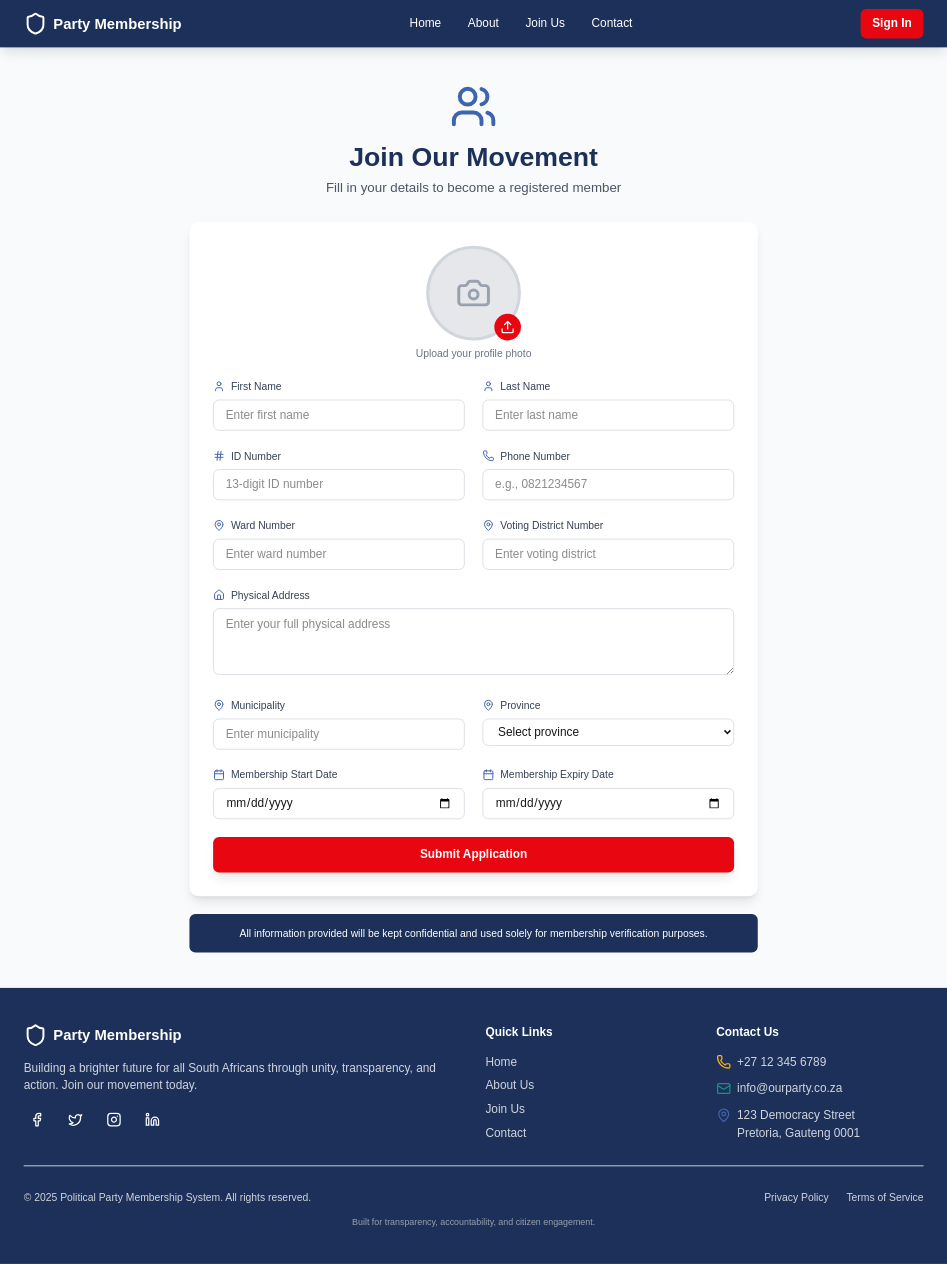
Repository: lettimaks-cyber/members
Page: /join
These files come from the project's save history. The page is drawn as it stood at one moment and after the next save; the edit follows.
The browser window is 1280 px wide. The pictures show the whole page, at 74% of full size.
The page's requests for data from a server got no answer. The project was rebuilt for these pictures with package versions that can differ from the ones it lists, and the page was loaded fresh each time. Some packages were replaced by stand-ins written for this rebuild. The framework's server and built-in components were replaced by stand-ins that run in the browser. No one was signed in, and anything a server would have sent is missing. Also part of the build but not shown: next.config.ts.

Above is the page before, as saved 2025-11-15 23:16:08.

### src/app/layout.tsx
import React from 'react';
import { ClerkProvider } from '@clerk/nextjs';
import Navbar from '@/components/Navbar';
import Footer from '@/components/Footer';
import './styles/globals.css';

export const metadata = {
  title: 'Political Party Membership System',
  description: 'Join our movement and make a difference',
};

export default function RootLayout({
  children,
}: {
  children: React.ReactNode;
}) {
  return (
    <ClerkProvider>
      <html lang="en">
        <body className="min-h-screen flex flex-col">
          <Navbar />
          <main className="flex-grow">
            {children}
          </main>
          <Footer />
        </body>
      </html>
    </ClerkProvider>
  );
}

### src/app/join/page.tsx
'use client';

import React, { useState } from 'react';
import { useRouter } from 'next/navigation';
import { Users, Upload, Camera, User, Hash, Phone, MapPin, Home, Calendar } from 'lucide-react';

export default function JoinPage() {
  const router = useRouter();

  const [formData, setFormData] = useState({
    firstName: '',
    lastName: '',
    idNumber: '',
    phoneNumber: '',
    wardNumber: '',
    votingDistrict: '',
    physicalAddress: '',
    municipality: '',
    province: '',
    membershipStart: '',
    membershipExpiry: '',
    profileImage: null as File | null
  });

  const [imagePreview, setImagePreview] = useState<string | null>(null);
  const [isSubmitting, setIsSubmitting] = useState(false);

  const provinces = [
    'Eastern Cape', 'Free State', 'Gauteng', 'KwaZulu-Natal',
    'Limpopo', 'Mpumalanga', 'Northern Cape', 'North West', 'Western Cape'
  ];

  const handleChange = (
    e: React.ChangeEvent<HTMLInputElement | HTMLTextAreaElement | HTMLSelectElement>
  ) => {
    const { name, value } = e.target;
    setFormData(prev => ({ ...prev, [name]: value }));
  };

  const handleImageUpload = (e: React.ChangeEvent<HTMLInputElement>) => {
    const file = e.target.files?.[0];
    if (file) {
      setFormData(prev => ({ ...prev, profileImage: file }));
      const reader = new FileReader();
      reader.onloadend = () => setImagePreview(reader.result as string);
      reader.readAsDataURL(file);
    }
  };

  const handleSubmit = async (e: React.FormEvent) => {
    e.preventDefault();
    setIsSubmitting(true);

    // Simulate API call
    setTimeout(() => {
      router.push('/join/success');
    }, 1500);
  };

  return (
    <div className="min-h-screen bg-gray-50 py-12 px-4 sm:px-6 lg:px-8">
      <div className="max-w-3xl mx-auto">

        {/* Header */}
        <div className="text-center mb-8">
          <Users className="w-16 h-16 mx-auto mb-4" style={{ color: '#3f64af' }} />
          <h1 className="text-4xl font-bold mb-2" style={{ color: '#1c3059' }}>
            Join Our Movement
          </h1>
          <p className="text-gray-600 text-lg">
            Fill in your details to become a registered member
          </p>
        </div>

        <div className="bg-white rounded-xl shadow-lg p-8">
          <form onSubmit={handleSubmit} className="space-y-6">

            {/* Profile Image Upload */}
            <div className="flex flex-col items-center mb-6">
              <div className="relative">
                {imagePreview ? (
                  <img
                    src={imagePreview}
                    alt="Profile preview"
                    className="w-32 h-32 rounded-full object-cover border-4"
                    style={{ borderColor: '#3f64af' }}
                  />
                ) : (
                  <div className="w-32 h-32 rounded-full bg-gray-200 flex items-center justify-center border-4 border-gray-300">
                    <Camera className="w-12 h-12 text-gray-400" />
                  </div>
                )}
                <label
                  className="absolute bottom-0 right-0 rounded-full p-2 cursor-pointer hover:opacity-90 transition"
                  style={{ backgroundColor: '#e80611' }}
                >
                  <Upload className="w-5 h-5 text-white" />
                  <input
                    type="file"
                    accept="image/*"
                    onChange={handleImageUpload}
                    className="hidden"
                  />
                </label>
              </div>
              <p className="text-sm text-gray-500 mt-2">Upload your profile photo</p>
            </div>

            {/* Personal Information */}
            <div className="grid md:grid-cols-2 gap-6">
              {/* First Name */}
              <div>
                <label className="flex items-center text-sm font-medium text-gray-700 mb-2">
                  <User className="w-4 h-4 mr-2" style={{ color: '#3f64af' }} />
                  First Name
                </label>
                <input
                  type="text"
                  name="firstName"
                  value={formData.firstName}
                  onChange={handleChange}
                  required
                  className="w-full px-4 py-2 border border-gray-300 rounded-lg focus:ring-2 focus:ring-blue-500"
                  placeholder="Enter first name"
                />
              </div>

              {/* Last Name */}
              <div>
                <label className="flex items-center text-sm font-medium text-gray-700 mb-2">
                  <User className="w-4 h-4 mr-2" style={{ color: '#3f64af' }} />
                  Last Name
                </label>
                <input
                  type="text"
                  name="lastName"
                  value={formData.lastName}
                  onChange={handleChange}
                  required
                  className="w-full px-4 py-2 border border-gray-300 rounded-lg focus:ring-2 focus:ring-blue-500"
                  placeholder="Enter last name"
                />
              </div>

              {/* ID Number */}
              <div>
                <label className="flex items-center text-sm font-medium text-gray-700 mb-2">
                  <Hash className="w-4 h-4 mr-2" style={{ color: '#3f64af' }} />
                  ID Number
                </label>
                <input
                  type="text"
                  name="idNumber"
                  value={formData.idNumber}
                  onChange={handleChange}
                  required
                  maxLength={13}
                  className="w-full px-4 py-2 border border-gray-300 rounded-lg focus:ring-2 focus:ring-blue-500"
                  placeholder="13-digit ID number"
                />
              </div>

              {/* Phone */}
              <div>
                <label className="flex items-center text-sm font-medium text-gray-700 mb-2">
                  <Phone className="w-4 h-4 mr-2" style={{ color: '#3f64af' }} />
                  Phone Number
                </label>
                <input
                  type="tel"
                  name="phoneNumber"
                  value={formData.phoneNumber}
                  onChange={handleChange}
                  required
                  className="w-full px-4 py-2 border border-gray-300 rounded-lg focus:ring-2 focus:ring-blue-500"
                  placeholder="e.g., 0821234567"
                />
              </div>

              {/* Ward Number */}
              <div>
                <label className="flex items-center text-sm font-medium text-gray-700 mb-2">
                  <MapPin className="w-4 h-4 mr-2" style={{ color: '#3f64af' }} />
                  Ward Number
                </label>
                <input
                  type="text"
                  name="wardNumber"
                  value={formData.wardNumber}
                  onChange={handleChange}
                  required
                  className="w-full px-4 py-2 border border-gray-300 rounded-lg focus:ring-2 focus:ring-blue-500"
                  placeholder="Enter ward number"
                />
              </div>

              {/* Voting District */}
              <div>
                <label className="flex items-center text-sm font-medium text-gray-700 mb-2">
                  <MapPin className="w-4 h-4 mr-2" style={{ color: '#3f64af' }} />
                  Voting District Number
                </label>
                <input
                  type="text"
                  name="votingDistrict"
                  value={formData.votingDistrict}
                  onChange={handleChange}
                  required
                  className="w-full px-4 py-2 border border-gray-300 rounded-lg focus:ring-2 focus:ring-blue-500"
                  placeholder="Enter voting district"
                />
              </div>
            </div>

            {/* Address */}
            <div>
              <label className="flex items-center text-sm font-medium text-gray-700 mb-2">
                <Home className="w-4 h-4 mr-2" style={{ color: '#3f64af' }} />
                Physical Address
              </label>
              <textarea
                name="physicalAddress"
                value={formData.physicalAddress}
                onChange={handleChange}
                required
                rows={3}
                className="w-full px-4 py-2 border border-gray-300 rounded-lg focus:ring-2 focus:ring-blue-500"
                placeholder="Enter your full physical address"
              />
            </div>

            {/* Municipality + Province */}
            <div className="grid md:grid-cols-2 gap-6">
              <div>
                <label className="flex items-center text-sm font-medium text-gray-700 mb-2">
                  <MapPin className="w-4 h-4 mr-2" style={{ color: '#3f64af' }} />
                  Municipality
                </label>
                <input
                  type="text"
                  name="municipality"
                  value={formData.municipality}
                  onChange={handleChange}
                  required
                  className="w-full px-4 py-2 border border-gray-300 rounded-lg focus:ring-2 focus:ring-blue-500"
                  placeholder="Enter municipality"
                />
              </div>

              <div>
                <label className="flex items-center text-sm font-medium text-gray-700 mb-2">
                  <MapPin className="w-4 h-4 mr-2" style={{ color: '#3f64af' }} />
                  Province
                </label>
                <select
                  name="province"
                  value={formData.province}
                  onChange={handleChange}
                  required
                  className="w-full px-4 py-2 border border-gray-300 rounded-lg focus:ring-2 focus:ring-blue-500"
                >
                  <option value="">Select province</option>
                  {provinces.map(p => (
                    <option key={p} value={p}>{p}</option>
                  ))}
                </select>
              </div>
            </div>

            {/* Dates */}
            <div className="grid md:grid-cols-2 gap-6">
              <div>
                <label className="flex items-center text-sm font-medium text-gray-700 mb-2">
                  <Calendar className="w-4 h-4 mr-2" style={{ color: '#3f64af' }} />
                  Membership Start Date
                </label>
                <input
                  type="date"
                  name="membershipStart"
                  value={formData.membershipStart}
                  onChange={handleChange}
                  required
                  className="w-full px-4 py-2 border border-gray-300 rounded-lg focus:ring-2 focus:ring-blue-500"
                />
              </div>

              <div>
                <label className="flex items-center text-sm font-medium text-gray-700 mb-2">
                  <Calendar className="w-4 h-4 mr-2" style={{ color: '#3f64af' }} />
                  Membership Expiry Date
                </label>
                <input
                  type="date"
                  name="membershipExpiry"
                  value={formData.membershipExpiry}
                  onChange={handleChange}
                  required
                  className="w-full px-4 py-2 border border-gray-300 rounded-lg focus:ring-2 focus:ring-blue-500"
                />
              </div>
            </div>

            {/* Submit */}
            <button
              type="submit"
              disabled={isSubmitting}
              className="w-full py-3 rounded-lg font-semibold text-white transition transform hover:scale-105 shadow-lg disabled:opacity-50 disabled:cursor-not-allowed"
              style={{ backgroundColor: '#e80611' }}
            >
              {isSubmitting ? 'Submitting...' : 'Submit Application'}
            </button>
          </form>
        </div>

        <div className="mt-6 p-4 rounded-lg" style={{ backgroundColor: '#1c3059' }}>
          <p className="text-white text-sm text-center">
            All information provided will be kept confidential and used solely for membership verification purposes.
          </p>
        </div>
      </div>
    </div>
  );
}

Loaded but not shown: src/app/styles/globals.css (common file); src/components/Footer.tsx (131 lines, source omitted); src/components/Navbar.tsx (146 lines, source omitted)

After the next save:
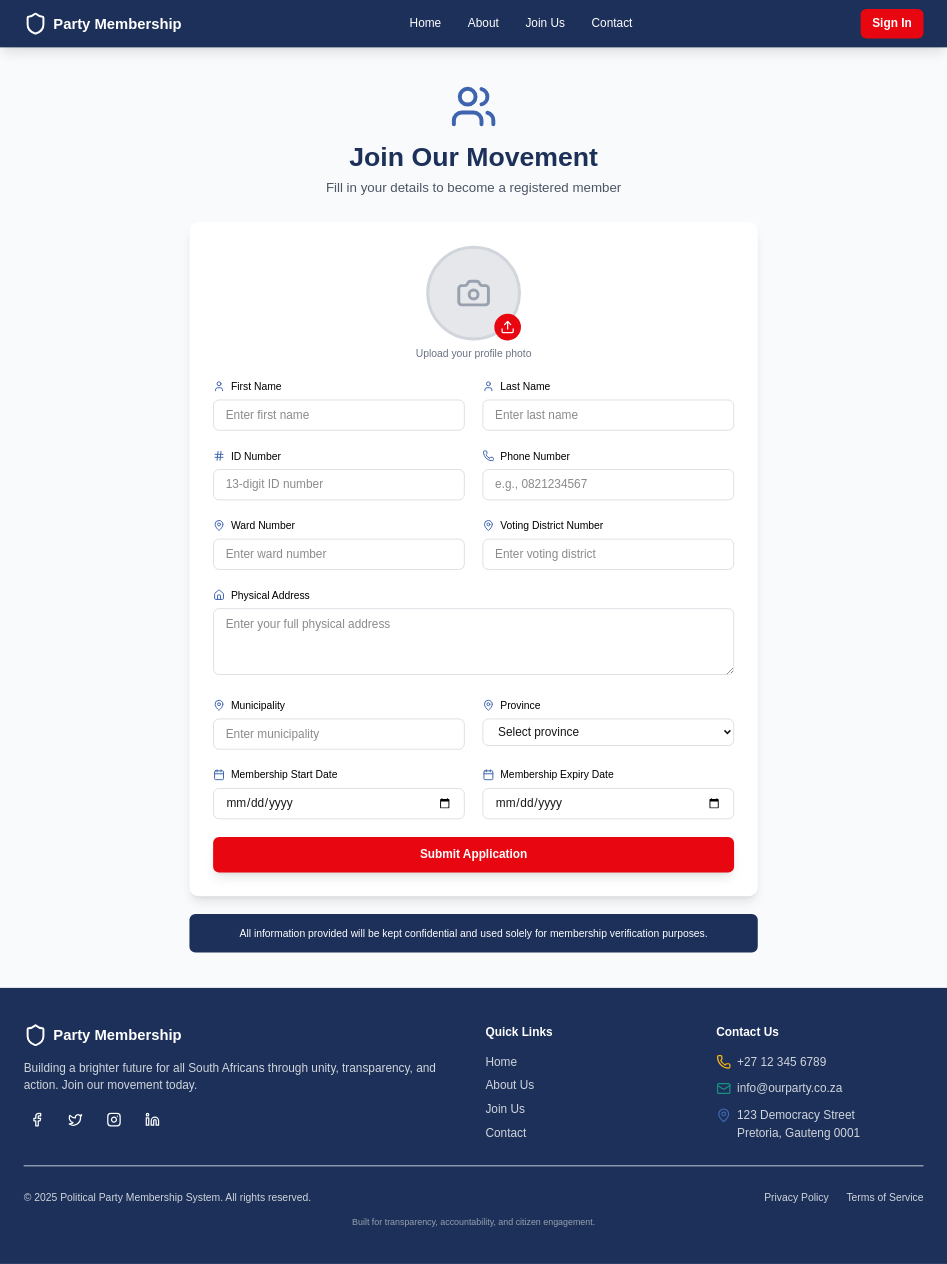
Saved 86 s later.
--- a/src/app/join/page.tsx
+++ b/src/app/join/page.tsx
@@ -110,7 +110,7 @@ export default function JoinPage() {
             <div className="grid md:grid-cols-2 gap-6">
               {/* First Name */}
               <div>
-                <label className="flex items-center text-sm font-medium text-gray-700 mb-2">
+                <label className="flex items-center text-sm font-medium text-black mb-2">
                   <User className="w-4 h-4 mr-2" style={{ color: '#3f64af' }} />
                   First Name
                 </label>
@@ -127,7 +127,7 @@ export default function JoinPage() {
 
               {/* Last Name */}
               <div>
-                <label className="flex items-center text-sm font-medium text-gray-700 mb-2">
+                <label className="flex items-center text-sm font-medium text-black mb-2">
                   <User className="w-4 h-4 mr-2" style={{ color: '#3f64af' }} />
                   Last Name
                 </label>
@@ -144,7 +144,7 @@ export default function JoinPage() {
 
               {/* ID Number */}
               <div>
-                <label className="flex items-center text-sm font-medium text-gray-700 mb-2">
+                <label className="flex items-center text-sm font-medium text-black mb-2">
                   <Hash className="w-4 h-4 mr-2" style={{ color: '#3f64af' }} />
                   ID Number
                 </label>
@@ -162,7 +162,7 @@ export default function JoinPage() {
 
               {/* Phone */}
               <div>
-                <label className="flex items-center text-sm font-medium text-gray-700 mb-2">
+                <label className="flex items-center text-sm font-medium text-black mb-2">
                   <Phone className="w-4 h-4 mr-2" style={{ color: '#3f64af' }} />
                   Phone Number
                 </label>
@@ -179,7 +179,7 @@ export default function JoinPage() {
 
               {/* Ward Number */}
               <div>
-                <label className="flex items-center text-sm font-medium text-gray-700 mb-2">
+                <label className="flex items-center text-sm font-medium text-black mb-2">
                   <MapPin className="w-4 h-4 mr-2" style={{ color: '#3f64af' }} />
                   Ward Number
                 </label>
@@ -196,7 +196,7 @@ export default function JoinPage() {
 
               {/* Voting District */}
               <div>
-                <label className="flex items-center text-sm font-medium text-gray-700 mb-2">
+                <label className="flex items-center text-sm font-medium text-black mb-2">
                   <MapPin className="w-4 h-4 mr-2" style={{ color: '#3f64af' }} />
                   Voting District Number
                 </label>
@@ -214,7 +214,7 @@ export default function JoinPage() {
 
             {/* Address */}
             <div>
-              <label className="flex items-center text-sm font-medium text-gray-700 mb-2">
+              <label className="flex items-center text-sm font-medium text-black mb-2">
                 <Home className="w-4 h-4 mr-2" style={{ color: '#3f64af' }} />
                 Physical Address
               </label>
@@ -232,7 +232,7 @@ export default function JoinPage() {
             {/* Municipality + Province */}
             <div className="grid md:grid-cols-2 gap-6">
               <div>
-                <label className="flex items-center text-sm font-medium text-gray-700 mb-2">
+                <label className="flex items-center text-sm font-medium text-black mb-2">
                   <MapPin className="w-4 h-4 mr-2" style={{ color: '#3f64af' }} />
                   Municipality
                 </label>
@@ -248,7 +248,7 @@ export default function JoinPage() {
               </div>
 
               <div>
-                <label className="flex items-center text-sm font-medium text-gray-700 mb-2">
+                <label className="flex items-center text-sm font-medium text-black mb-2">
                   <MapPin className="w-4 h-4 mr-2" style={{ color: '#3f64af' }} />
                   Province
                 </label>
@@ -270,7 +270,7 @@ export default function JoinPage() {
             {/* Dates */}
             <div className="grid md:grid-cols-2 gap-6">
               <div>
-                <label className="flex items-center text-sm font-medium text-gray-700 mb-2">
+                <label className="flex items-center text-sm font-medium text-black mb-2">
                   <Calendar className="w-4 h-4 mr-2" style={{ color: '#3f64af' }} />
                   Membership Start Date
                 </label>
@@ -285,7 +285,7 @@ export default function JoinPage() {
               </div>
 
               <div>
-                <label className="flex items-center text-sm font-medium text-gray-700 mb-2">
+                <label className="flex items-center text-sm font-medium text-black mb-2">
                   <Calendar className="w-4 h-4 mr-2" style={{ color: '#3f64af' }} />
                   Membership Expiry Date
                 </label>
